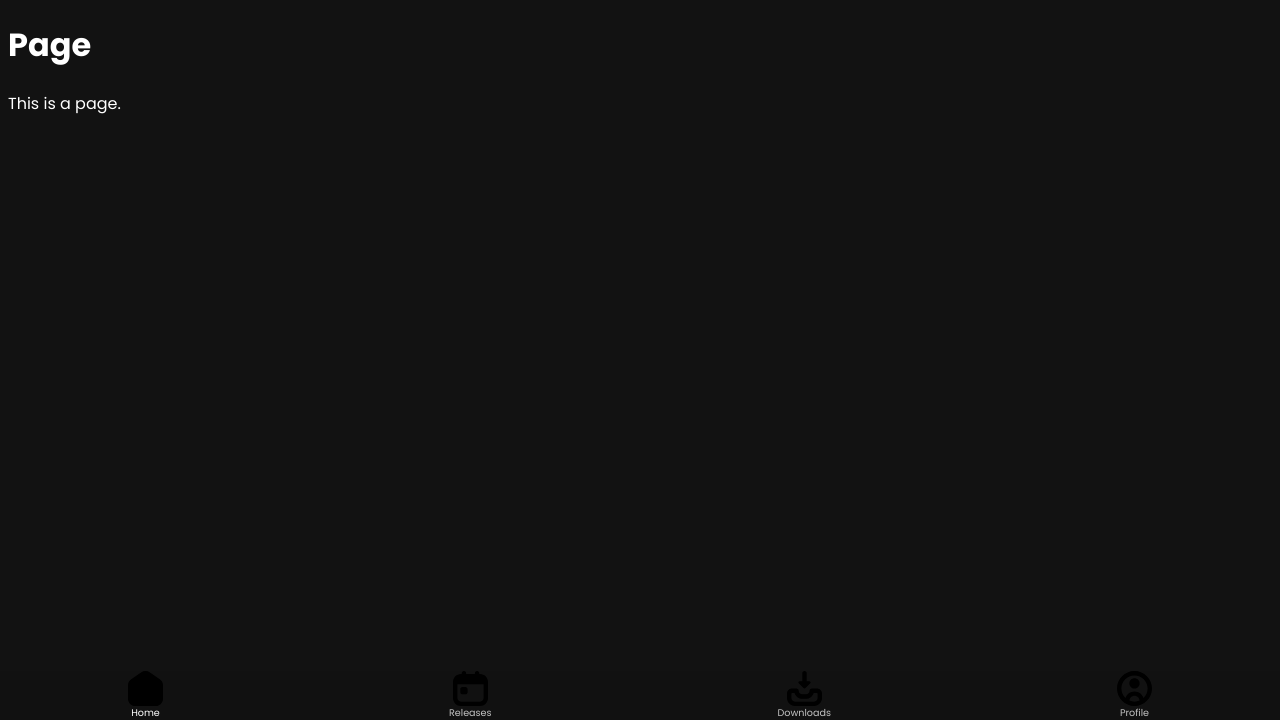
Repository: NubbDev/anime-frontend
Page: /
An editor plug-in stored every save of this project. The page is shown before and after the next save, followed by the edit.
The browser window is 1280 px wide. The pictures show the whole page.
The project was rebuilt for these pictures with package versions that can differ from the ones it lists, and the page was loaded fresh each time. The framework's server and built-in components were replaced by stand-ins that run in the browser. Also part of the build but not shown: svelte.config.js, vite.config.js.

Above is the page before, as saved 2024-08-08 01:47:06.

After the next save:
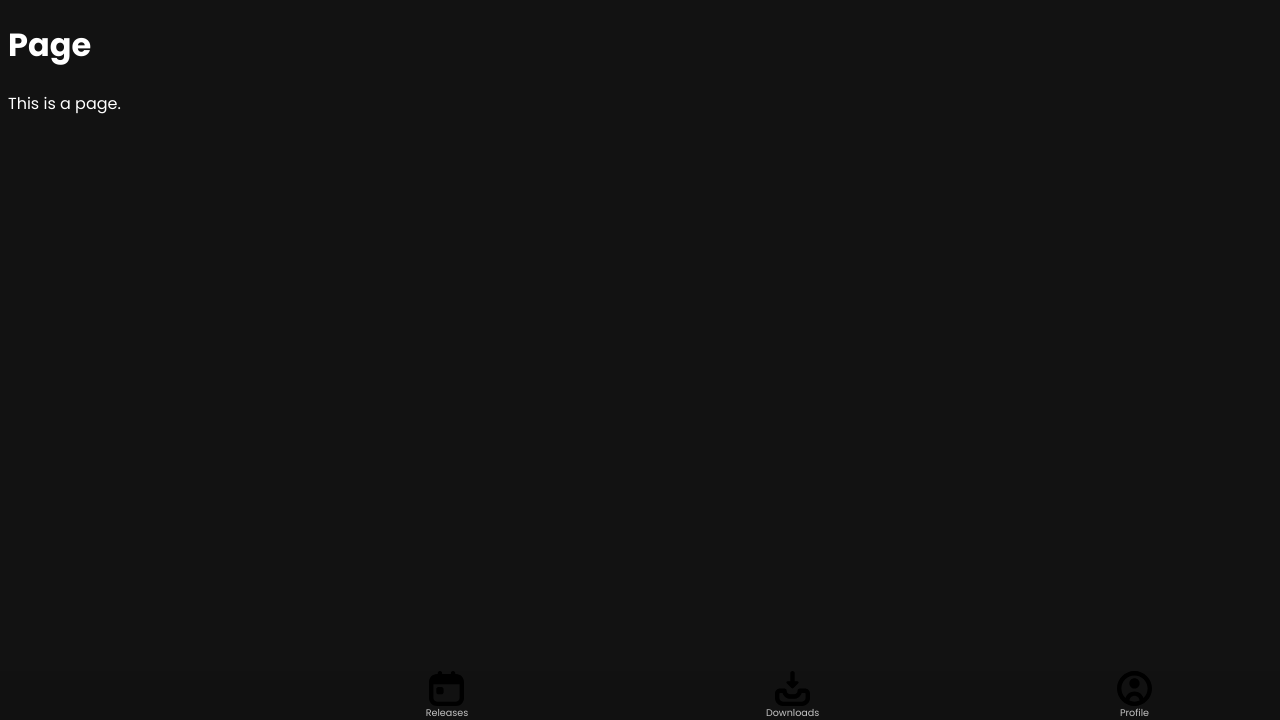
Console error: TypeError: import_house_blank_filled.default is not a constructor
Saved 2 min 31 s later.
--- a/src/components/navigation/NavBar.svelte
+++ b/src/components/navigation/NavBar.svelte
@@ -48,7 +48,9 @@
     {#each navOptions as option}
         <a href={option.href}>
             {#if path === option.href}
-                <img src={option.selected} alt="/" style="fill: white;">
+                <!-- <img src={option.selected} alt="/" style="fill: white;">
+                  -->
+                <FilledHouse color="white" />
                 <span>{option.name}</span>
             {:else}
                 <img src={option.unSelected} alt={option.name} >
